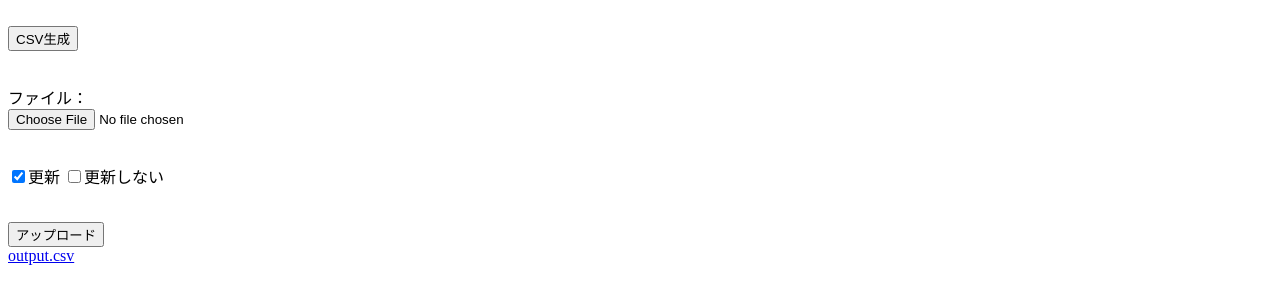
Repository: kaikikazu/StudyAbroad-R
Page: newdes/form.html
These files come from the project's save history. The page is drawn as it stood at one moment and after the next save; the edit follows.
The browser window is 1280 px wide. The pictures show the whole page.

Above is the page before, as saved 2018-04-13 06:41:21.

After the next save:
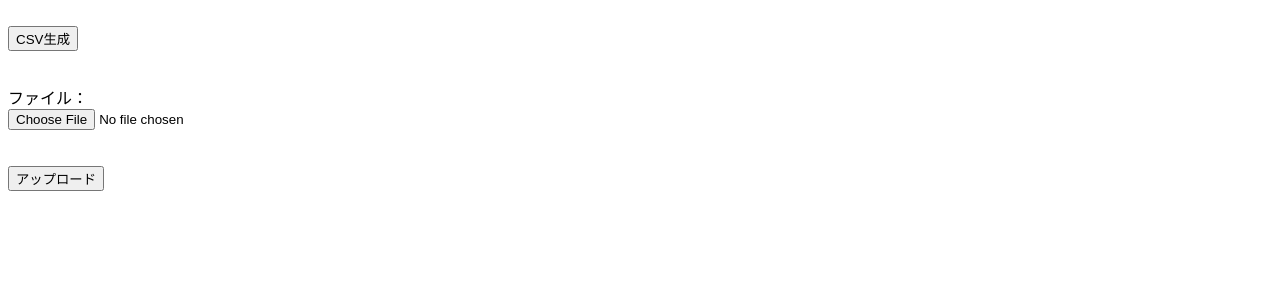
Saved 70 s later.
--- a/newdes/form.html
+++ b/newdes/form.html
@@ -16,15 +16,8 @@
   ファイル：<br />
   <input type="file" name="upfile" size="30" /><br />
   <br />
-  <p>
-    <input type="checkbox" name="riyu" value="1" checked="checked">更新
-    <input type="checkbox" name="riyu" value="2">更新しない
-</p>
 <br>
   <input type="submit" value="アップロード" />
-  <br>
-  <a href="output.csv">output.csv</a>
-  <br>
 </form>
 </body>
 </html>
